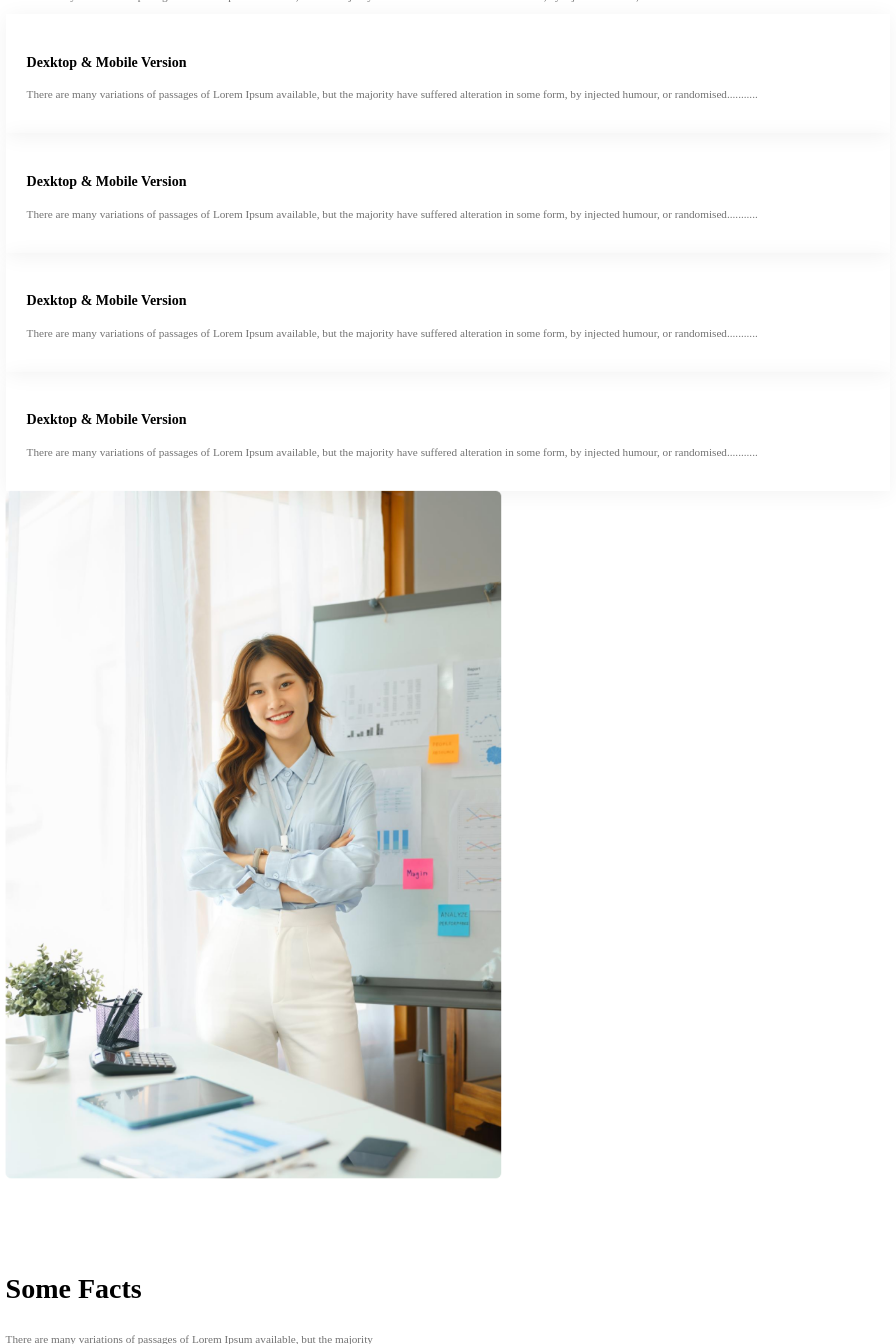
Repository: tanimtanzilislam/g3-architect-website
Page: index.html
An editor plug-in stored every save of this project. The page is shown before and after a run of saves, followed by the edit.
The browser window is 1280 px wide. The pictures show the part of the page from y = 2916 to 4836 px (the page is 6267 px tall before and 6347 px after), at 70% of full size.

Above is the page before, as saved 2026-02-06 22:33:45.

After the next 2 saves:
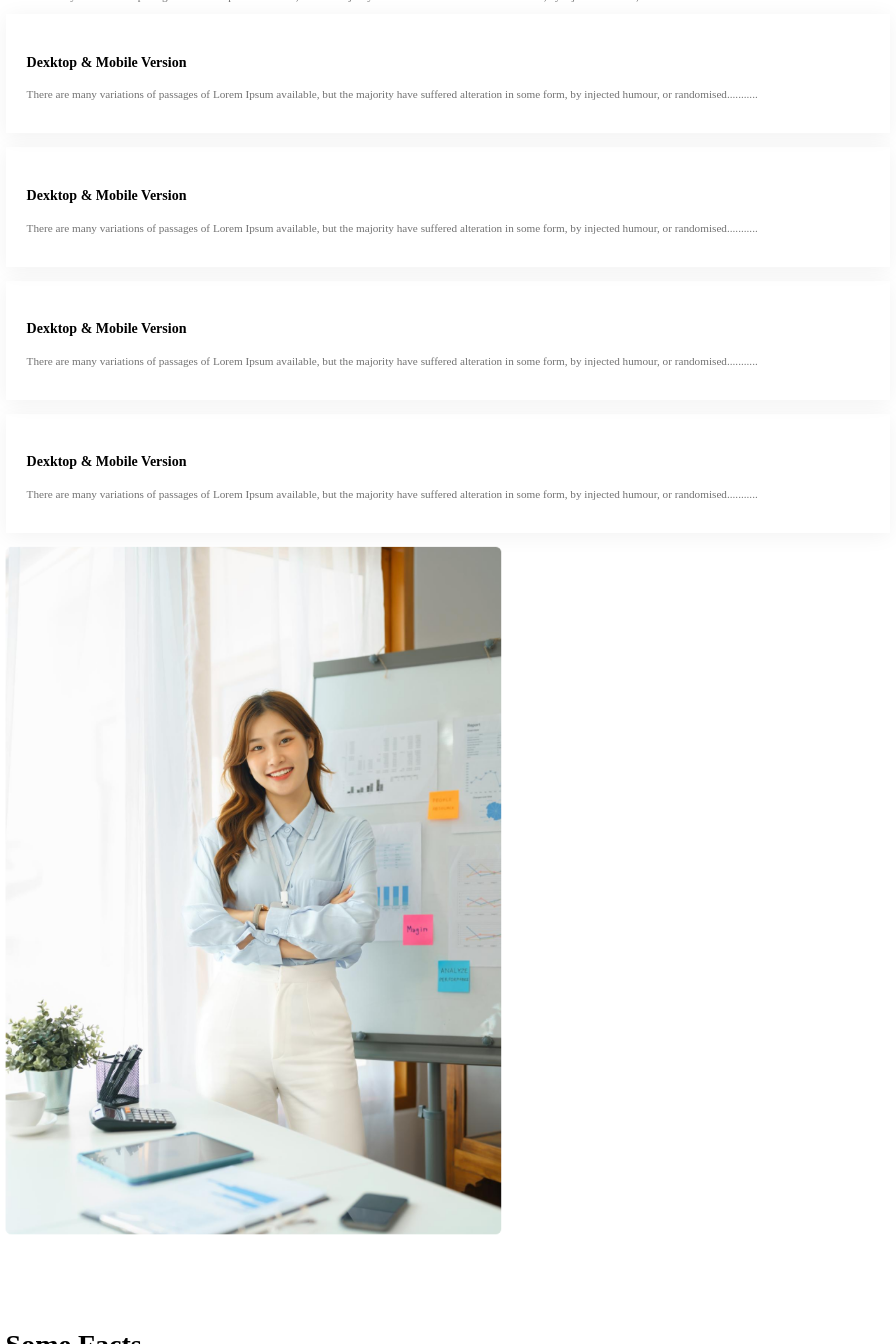
The 2 saves are shown as one change because they came seconds apart.
The last was saved 12 s later.
--- a/styles/styles.css
+++ b/styles/styles.css
@@ -115,7 +115,7 @@
 .feature-card{
    padding:30px;
   box-shadow: 0 4px 30px 0 rgba(0,0,0,0.06);
-  margin:
+  margin-bottom:20px
 }
 .feature-card .feature-title{
   font-weight:600;
